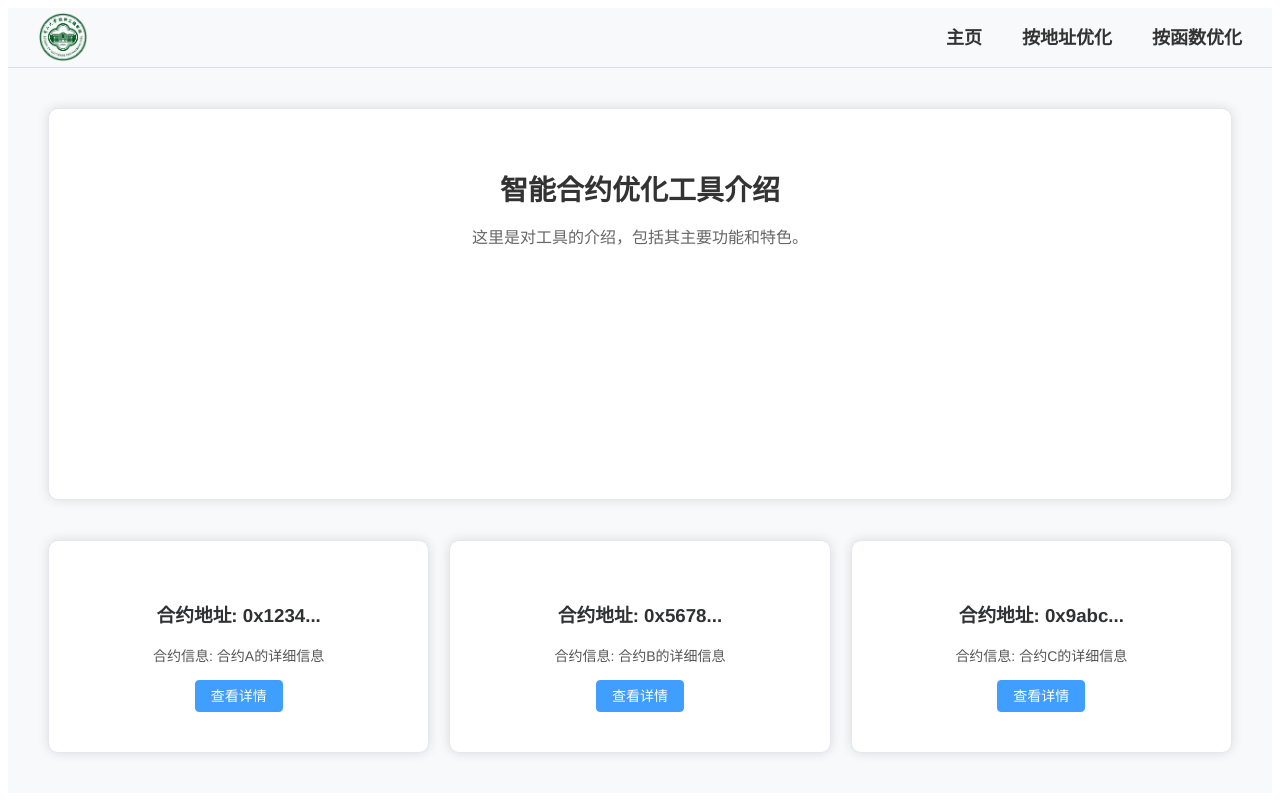
Repository: syckcoding/SmartHalo
Page: /
The author's editor kept a copy of each file at every save. The page is drawn from the files as they stood at one save, then again after the next save.
The browser window is 1280 px wide. The pictures show the whole page.
The project was rebuilt for these pictures with package versions that can differ from the ones it lists, and the page was loaded fresh each time. Also part of the build but not shown: vite.config.js, src/views/Detail.vue.

Above is the page before, as saved 2024-10-05 11:35:51.

### src/main.js
import { createApp } from 'vue';
import App from './App.vue';
import router from './router';
import ElementPlus from 'element-plus';
import 'element-plus/dist/index.css';

createApp(App).use(router).use(ElementPlus).mount('#app');

### src/App.vue
<template>
  <div id="app">
    <Navbar />
    <router-view />
  </div>
</template>

<script>
import Navbar from './components/Navbar.vue';

export default {
  components: {
    Navbar,
  },
};
</script>

<style>
/* 样式设置 */
#app {
  font-family: Avenir, Helvetica, Arial, sans-serif;
  text-align: center;
  color: #2c3e50;
}
</style>

### src/router/index.js
import { createRouter, createWebHistory } from 'vue-router';
import Home from '../views/Home.vue';
import Detail from '../views/Detail.vue';

const routes = [
  { path: '/', name: 'Home', component: Home },
  { path: '/detail/:id', name: 'Detail', component: Detail, props: true },
];

const router = createRouter({
  history: createWebHistory(process.env.BASE_URL),
  routes,
});

export default router;

### src/components/Navbar.vue
<template>
  <el-menu :default-active="activeIndex" class="el-menu-demo" mode="horizontal">
    <el-menu-item index="0" class="logo-item">
      <img src="@/assets/intro-image.png" alt="工具LOGO" class="intro-logo" />
    </el-menu-item>
    <div class="menu-right">
      <el-menu-item index="1" @click="goToHome">主页</el-menu-item>
      <el-menu-item index="2" @click="goToAddressOptimization">按地址优化</el-menu-item>
      <el-menu-item index="3" @click="goToFunctionOptimization">按函数优化</el-menu-item>
    </div>
  </el-menu>
</template>

<script>
export default {
  data() {
    return {
      activeIndex: '1',
    };
  },
  methods: {
    goToHome() {
      this.$router.push({ name: 'Home' });
    },
    goToAddressOptimization() {
      this.$router.push({ name: 'Detail', params: { mode: 'address' } });
    },
    goToFunctionOptimization() {
      this.$router.push({ name: 'Detail', params: { mode: 'function' } });
    },
  },
};
</script>

<style scoped>
.el-menu-demo {
  background-color: #f8f9fa;  /* 浅灰色背景，与主页阴影一致 */
  color: #333;
  padding: 10px;
  display: flex;  /* 使用Flex布局 */
  align-items: center;
  justify-content: space-between; /* 主轴两端对齐，使左侧logo与右侧菜单分别靠边 */
}

.logo-item {
  pointer-events: none;
}

.intro-logo {
  width: 50px;
  height: 50px;
  margin-right: 20px;
}

.el-menu-demo .el-menu-item {
  color: #333;
  font-size: 18px;
  font-weight: bold;
  padding: 0 20px;
  transition: color 0.3s ease;
}

.menu-right {
  display: flex;
}
</style>
\

### src/views/Home.vue
<template>
    <div>
      <HomePage />
    </div>
  </template>

  <script>
  import HomePage from '../components/HomePage.vue';

  export default {
    components: {
      HomePage,
    },
  };
  </script>

  <style scoped>
  /* 可根据需要添加样式 */
  </style>

### src/components/HomePage.vue
<template>
  <div class="home">
    <el-row :gutter="20" class="intro-section">
      <el-col :span="24">
        <el-card class="intro-card">
          <h1 class="intro-title">智能合约优化工具介绍</h1>
          <p class="intro-description">这里是对工具的介绍，包括其主要功能和特色。</p>
        </el-card>
      </el-col>
    </el-row>

    <el-row :gutter="20" class="contracts">
      <el-col :span="8" v-for="contract in contracts" :key="contract.id">
        <el-card class="box-card">
          <div class="card-header">
            <h3>合约地址: {{ contract.address }}</h3>
          </div>
          <div class="card-content">
            <p>合约信息: {{ contract.info }}</p>
          </div>
          <div class="card-actions center-button">
            <el-button type="primary" @click="viewDetails(contract.id)">查看详情</el-button>
          </div>
        </el-card>
      </el-col>
    </el-row>
  </div>
</template>

<script>
export default {
  data() {
    return {
      contracts: [
        { id: 1, address: '0x1234...', info: '合约A的详细信息' },
        { id: 2, address: '0x5678...', info: '合约B的详细信息' },
        { id: 3, address: '0x9abc...', info: '合约C的详细信息' },
      ],
    };
  },
  methods: {
    viewDetails(contractId) {
      this.$router.push({ name: 'Detail', params: { id: contractId } });
    },
  },
};
</script>

<style scoped>
.home {
  padding: 40px;
  background-color: #f8f9fa;
}
.intro-section {
  margin-bottom: 40px;
}
.intro-card {
  padding: 20px;
  min-height: 350px;
  background-color: #ffffff;
  border-radius: 10px;
  box-shadow: 0 4px 8px rgba(0, 0, 0, 0.1);
}
.intro-title {
  font-size: 28px;
  font-weight: bold;
  color: #333;
  margin-bottom: 10px;
}
.intro-description {
  font-size: 16px;
  color: #666;
}
.contracts {
  margin-top: 20px;
}
.box-card {
  padding: 20px;
  background-color: #ffffff;
  border-radius: 10px;
  box-shadow: 0 4px 8px rgba(0, 0, 0, 0.1);
  transition: transform 0.3s ease;
}
.box-card:hover {
  transform: translateY(-5px);
}
.card-header {
  margin-bottom: 10px;
}
.card-content {
  font-size: 14px;
  color: #555;
  margin-bottom: 15px;
}
.card-actions {
  text-align: center;
  display: flex;
  justify-content: center;
  align-items: center;
}
.center-button {
  margin-top: 15px;
}
.el-button {
  background-color: #409eff;
  border-color: #409eff;
  color: #ffffff;
}
.el-button:hover {
  background-color: #66b1ff;
  border-color: #66b1ff;
}
</style>

Loaded but not shown: index.html (common file)

After the next save:
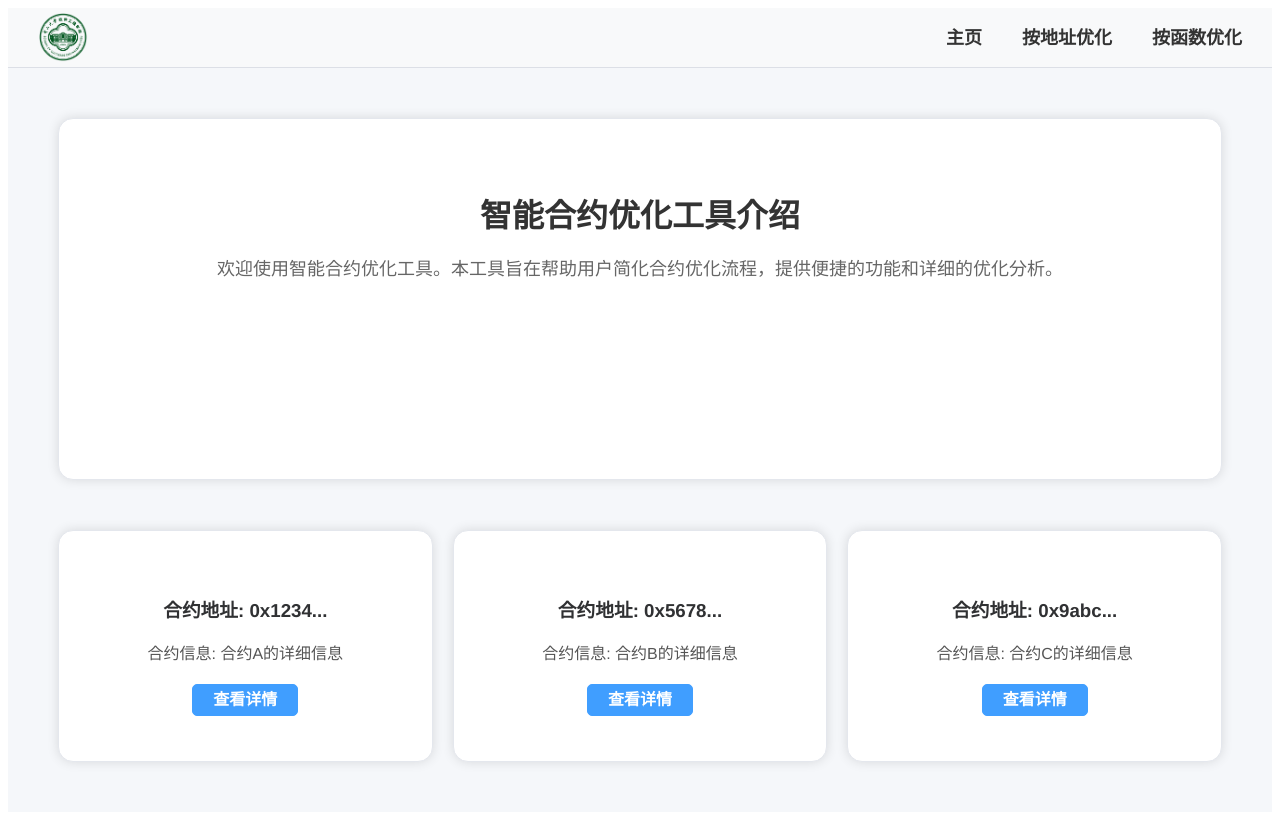
Saved 45 s later.
--- a/src/components/HomePage.vue
+++ b/src/components/HomePage.vue
@@ -1,4 +1,4 @@
-<template>
+<!-- <template>
   <div class="home">
     <el-row :gutter="20" class="intro-section">
       <el-col :span="24">
@@ -110,4 +110,123 @@
   background-color: #66b1ff;
   border-color: #66b1ff;
 }
+</style> -->
+
+<template>
+  <div class="home">
+    <el-row :gutter="20" class="intro-section">
+      <el-col :span="24">
+        <el-card class="intro-card">
+          <h1 class="intro-title">智能合约优化工具介绍</h1>
+          <p class="intro-description">欢迎使用智能合约优化工具。本工具旨在帮助用户简化合约优化流程，提供便捷的功能和详细的优化分析。</p>
+        </el-card>
+      </el-col>
+    </el-row>
+
+    <el-row :gutter="20" class="contracts">
+      <el-col :span="8" v-for="contract in contracts" :key="contract.id">
+        <el-card class="box-card">
+          <div class="card-header">
+            <h3>合约地址: {{ contract.address }}</h3>
+          </div>
+          <div class="card-content">
+            <p>合约信息: {{ contract.info }}</p>
+          </div>
+          <div class="card-actions center-button">
+            <el-button type="primary" @click="viewDetails(contract.id)" class="details-button">查看详情</el-button>
+          </div>
+        </el-card>
+      </el-col>
+    </el-row>
+  </div>
+</template>
+
+<script>
+export default {
+  data() {
+    return {
+      contracts: [
+        { id: 1, address: '0x1234...', info: '合约A的详细信息' },
+        { id: 2, address: '0x5678...', info: '合约B的详细信息' },
+        { id: 3, address: '0x9abc...', info: '合约C的详细信息' },
+      ],
+    };
+  },
+  methods: {
+    viewDetails(contractId) {
+      this.$router.push({ name: 'Detail', params: { id: contractId } });
+    },
+  },
+};
+</script>
+
+<style scoped>
+.home {
+  padding: 50px;
+  background-color: #f5f7fa; /* 柔和的浅灰色背景，减少视觉疲劳 */
+}
+.intro-section {
+  margin-bottom: 50px;
+}
+.intro-card {
+  padding: 30px;
+  min-height: 300px;
+  background-color: #ffffff;
+  border-radius: 15px; /* 增加圆角，使卡片更柔和 */
+  box-shadow: 0 6px 12px rgba(0, 0, 0, 0.1); /* 加深阴影，突出卡片效果 */
+}
+.intro-title {
+  font-size: 32px;
+  font-weight: bold;
+  color: #333;
+  margin-bottom: 15px;
+}
+.intro-description {
+  font-size: 18px;
+  color: #666;
+}
+.contracts {
+  margin-top: 30px;
+}
+.box-card {
+  padding: 25px;
+  background-color: #ffffff;
+  border-radius: 15px;
+  box-shadow: 0 6px 12px rgba(0, 0, 0, 0.1);
+  transition: transform 0.3s ease, box-shadow 0.3s ease; /* 添加阴影和位置变化的过渡效果 */
+}
+.box-card:hover {
+  transform: translateY(-8px);
+  box-shadow: 0 12px 24px rgba(0, 0, 0, 0.15); /* 悬停时增加阴影，提升卡片的层次感 */
+}
+.card-header {
+  margin-bottom: 15px;
+}
+.card-content {
+  font-size: 16px;
+  color: #555;
+  margin-bottom: 20px;
+}
+.card-actions {
+  text-align: center;
+  display: flex;
+  justify-content: center;
+  align-items: center;
+}
+.center-button {
+  margin-top: 20px;
+}
+.details-button {
+  background-color: #409eff;
+  border-color: #409eff;
+  color: #ffffff;
+  padding: 10px 20px;
+  font-size: 16px;
+  font-weight: bold;
+  border-radius: 5px;
+}
+.details-button:hover {
+  background-color: #66b1ff;
+  border-color: #66b1ff;
+}
 </style>

After the save that followed:
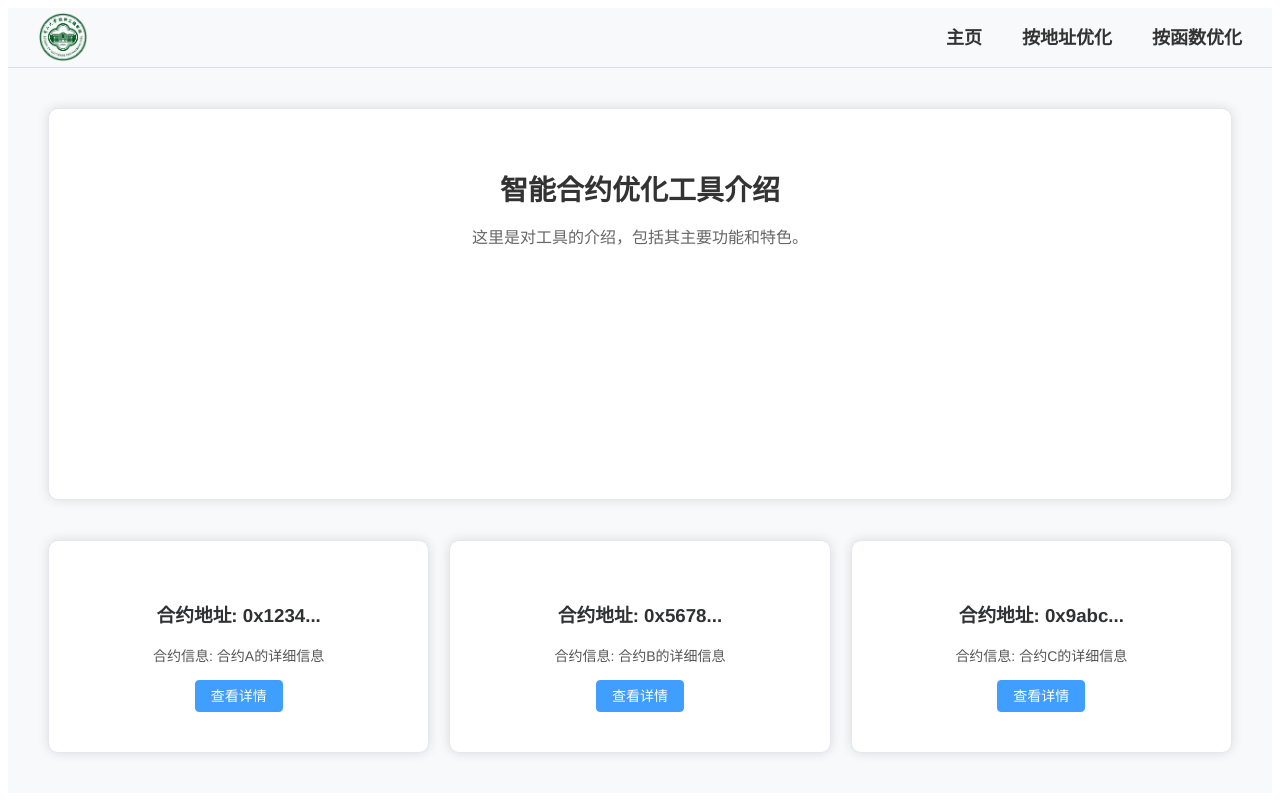
Saved 31 s later.
--- a/src/components/HomePage.vue
+++ b/src/components/HomePage.vue
@@ -1,4 +1,4 @@
-<!-- <template>
+<template>
   <div class="home">
     <el-row :gutter="20" class="intro-section">
       <el-col :span="24">
@@ -110,9 +110,9 @@
   background-color: #66b1ff;
   border-color: #66b1ff;
 }
-</style> -->
-
-<template>
+</style>
+
+<!-- <template>
   <div class="home">
     <el-row :gutter="20" class="intro-section">
       <el-col :span="24">
@@ -229,4 +229,4 @@
   background-color: #66b1ff;
   border-color: #66b1ff;
 }
-</style>
+</style> -->
